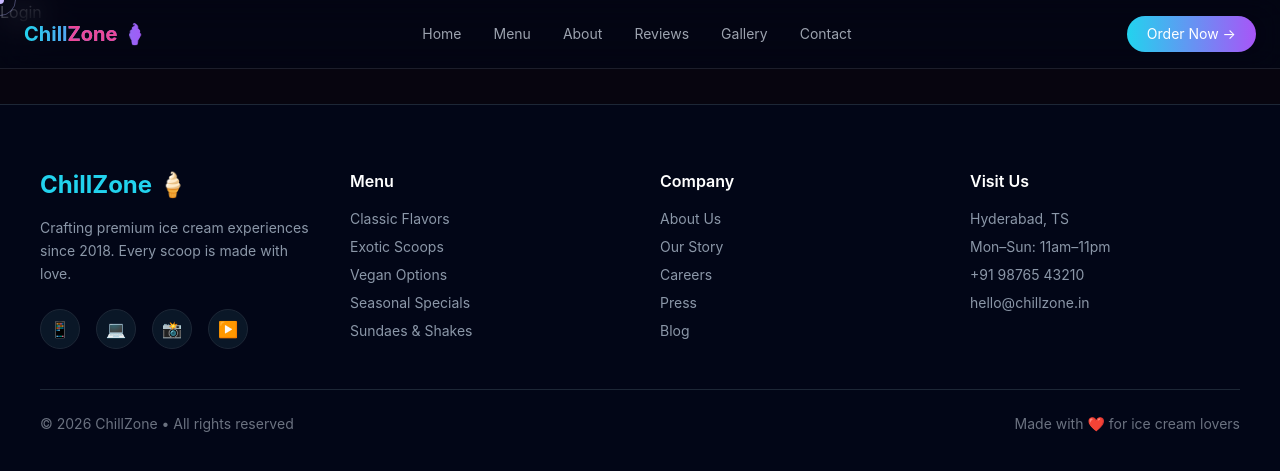
Repository: AMIREDDYRAKEY/chill-zone-
Page: /login
The author's editor kept a copy of each file at every save. The page is drawn from the files as they stood at one save, then again after the next save.
The browser window is 1280 px wide. The pictures show the whole page.
The project was rebuilt for these pictures with package versions that can differ from the ones it lists, and the page was loaded fresh each time. Also part of the build but not shown: vite.config.js, src/components/Hero.jsx, src/components/Marquee.jsx, src/components/TabsMenu.jsx, src/components/Ourspecialites.jsx, src/components/Aboutus.jsx, src/components/Gallery.jsx, src/components/Feedback.jsx.

Above is the page before, as saved 2026-05-06 12:21:46.

After the next save:
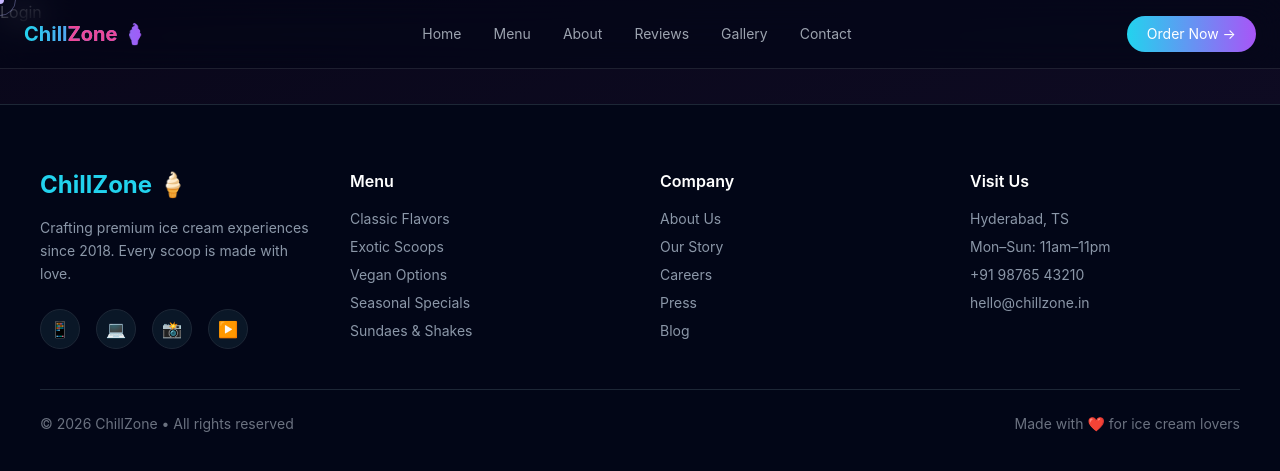
Saved 11 s later.
--- a/src/App.jsx
+++ b/src/App.jsx
@@ -39,7 +39,7 @@ const Home = () => (
 
 const App = () => {
   return (
-    <div >
+    <div style={{ background: "linear-gradient(160deg, #09071a 0%, #0e0b22 60%, #120920 100%)" }}>
 
       <Navbar />
 
